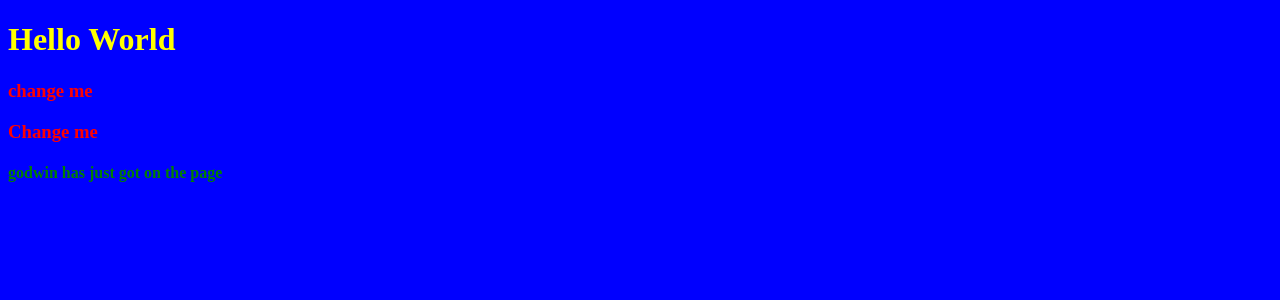
Repository: GodwinYeboah1/Java-Assignment-
Page: SpringIntro/springProjects/controllerpractice/src/main/resources/static/index.html
An editor plug-in stored every save of this project. The page is shown before and after the next save, followed by the edit.
The browser window is 1280 px wide. The pictures show the whole page.

Above is the page before, as saved 2018-03-09 20:03:13.

### SpringIntro/springProjects/controllerpractice/src/main/resources/static/index.html
<!DOCTYPE html>
<html>
<head>
        <title></title>
        <link rel="stylesheet" type="text/css" href="css/style.css">
        <script type="text/javascript" src="js/app.js"></script>
</head>
<body>
        <h1>Hello World</h1>
        <h3>change me</h3>
        <h3>Change me </h3>
        <h4>godwin has just got on the page</h4>




</body>
</html>

### SpringIntro/springProjects/controllerpractice/src/main/resources/static/css/style.css
h1 {
      color: yellow;
}
h3{
	color:red;
}
h4{
	color:green;
}
body{
	background:blue;
}

### SpringIntro/springProjects/controllerpractice/src/main/resources/static/js/app.js
console.log("Godwin Was here")
alert("Hello World");

After the next save:
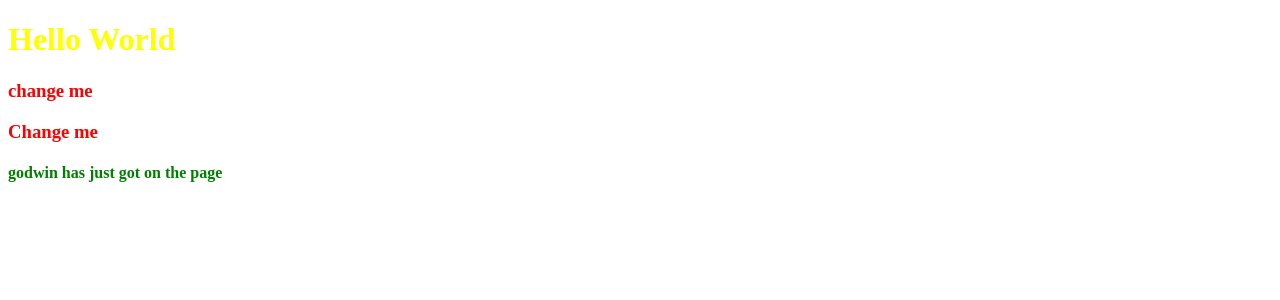
Saved 22 s later.
--- a/SpringIntro/springProjects/controllerpractice/src/main/resources/static/css/style.css
+++ b/SpringIntro/springProjects/controllerpractice/src/main/resources/static/css/style.css
@@ -8,5 +8,5 @@ h4{
 	color:green;
 }
 body{
-	background:blue;
+	background:cream;
 }
